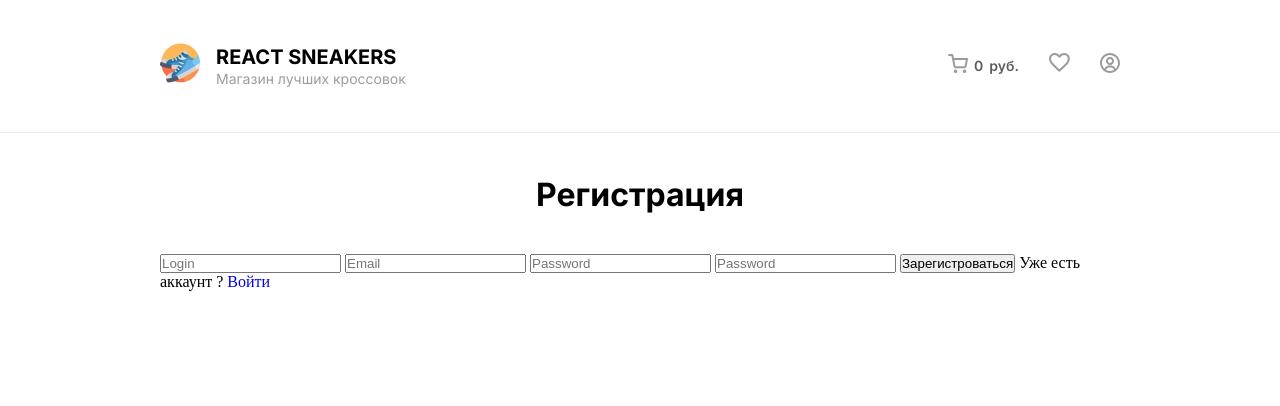
Repository: maxbirimkulov/sneakers20
Page: src/pages/register.html
These files come from the project's save history. The page is drawn as it stood at one moment and after the next save; the edit follows.
The browser window is 1280 px wide. The pictures show the whole page.
The style sheet was rebuilt from its Sass, Less or Tailwind sources for each picture, by a compiler version that may differ from the author's.

Above is the page before, as saved 2022-11-12 20:47:46.

### src/pages/register.html
<!DOCTYPE html>
<html lang="en">
  <head>
    <meta charset="UTF-8" />
    <meta
      name="viewport"
      content="width=device-width, user-scalable=no, initial-scale=1.0, maximum-scale=1.0, minimum-scale=1.0"
    />
    <meta http-equiv="X-UA-Compatible" content="ie=edge" />
    <title>Document</title>
    <link rel="stylesheet" href="../css/style.css" />
  </head>
  <body>
    <div class="floor">
      <header class="header">
        <div class="container">
          <nav class="header__nav">
            <div class="header__logo">
              <img
                src="../images/mainLogo.png"
                alt="Logo"
                class="header__logo-img"
              />
              <div class="header__logo-text">
                <h1 class="header__logo-title">
                  <a href="../../index.html" class="header__logo-title-link"
                    >react sneakers</a
                  >
                </h1>
                <p class="header__logo-subtitle">
                  <a href="../../index.html" class="header__logo-subtitle"
                    >Магазин лучших кроссовок</a
                  >
                </p>
              </div>
            </div>
            <div class="header__links">
              <p class="header__links-basket">
                <span class="header__links-basket-logo"
                  ><svg
                    width="20"
                    height="20"
                    viewBox="0 0 20 20"
                    fill="none"
                    xmlns="http://www.w3.org/2000/svg"
                  >
                    <path
                      d="M7.54548 18.1818C7.99735 18.1818 8.36366 17.8155 8.36366 17.3636C8.36366 16.9118 7.99735 16.5455 7.54548 16.5455C7.09361 16.5455 6.72729 16.9118 6.72729 17.3636C6.72729 17.8155 7.09361 18.1818 7.54548 18.1818Z"
                      stroke="#9B9B9B"
                      stroke-width="2"
                      stroke-linecap="round"
                      stroke-linejoin="round"
                    />
                    <path
                      d="M16.5455 18.1818C16.9973 18.1818 17.3637 17.8155 17.3637 17.3636C17.3637 16.9118 16.9973 16.5455 16.5455 16.5455C16.0936 16.5455 15.7273 16.9118 15.7273 17.3636C15.7273 17.8155 16.0936 18.1818 16.5455 18.1818Z"
                      stroke="#9B9B9B"
                      stroke-width="2"
                      stroke-linecap="round"
                      stroke-linejoin="round"
                    />
                    <path
                      d="M1 1H4.27273L6.46545 11.9555C6.54027 12.3321 6.7452 12.6705 7.04436 12.9113C7.34351 13.1522 7.71784 13.2801 8.10182 13.2727H16.0545C16.4385 13.2801 16.8129 13.1522 17.112 12.9113C17.4112 12.6705 17.6161 12.3321 17.6909 11.9555L19 5.09091H5.09091"
                      stroke="#9B9B9B"
                      stroke-width="2"
                      stroke-linecap="round"
                      stroke-linejoin="round"
                    />
                  </svg>
                </span>
                <span class="total">0</span> руб.
              </p>
              <a href="./favorites.html" class="header__links-favorites"
                ><span class="header__links-favorites-logo"
                  ><svg
                    width="21"
                    height="19"
                    viewBox="0 0 21 19"
                    fill="none"
                    xmlns="http://www.w3.org/2000/svg"
                  >
                    <path
                      d="M15.1003 0C16.7293 0 18.0976 0.54932 19.2052 1.64796C20.3129 2.7466 20.8668 4.08759 20.8668 5.67092C20.8668 6.44643 20.7039 7.23002 20.3781 8.02169C20.0523 8.81335 19.6939 9.51616 19.303 10.1301C18.912 10.744 18.2523 11.5357 17.3238 12.5051C16.3953 13.4745 15.6134 14.2581 14.9781 14.8559C14.3428 15.4537 13.3248 16.3665 11.9239 17.5944L10.4089 18.9515L8.89403 17.6429C7.52572 16.3827 6.51577 15.4537 5.8642 14.8559C5.21262 14.2581 4.42258 13.4745 3.49408 12.5051C2.56559 11.5357 1.90586 10.744 1.51492 10.1301C1.12397 9.51616 0.773748 8.81335 0.464249 8.02169C0.15475 7.23002 0 6.44643 0 5.67092C0 4.08759 0.553841 2.7466 1.66152 1.64796C2.7692 0.54932 4.12123 0 5.71759 0C7.60717 0 9.17095 0.727041 10.4089 2.18112C11.6469 0.727041 13.2107 0 15.1003 0ZM10.5067 16.0918C12.1031 14.6701 13.2677 13.6118 14.0008 12.9171C14.7338 12.2224 15.5401 11.3903 16.4198 10.4209C17.2994 9.45153 17.9102 8.60332 18.2523 7.87628C18.5944 7.14924 18.7654 6.41412 18.7654 5.67092C18.7654 4.63691 18.4152 3.78061 17.7148 3.10204C17.0143 2.42347 16.1428 2.08418 15.1003 2.08418C14.3184 2.08418 13.5772 2.31037 12.8768 2.76276C12.1764 3.21514 11.6795 3.79677 11.3863 4.50765H9.43158C9.17095 3.79677 8.69041 3.21514 7.98997 2.76276C7.28952 2.31037 6.53206 2.08418 5.71759 2.08418C4.67507 2.08418 3.81173 2.42347 3.12757 3.10204C2.44342 3.78061 2.10134 4.63691 2.10134 5.67092C2.10134 6.41412 2.26423 7.14924 2.59002 7.87628C2.91581 8.60332 3.52666 9.45153 4.42258 10.4209C5.3185 11.3903 6.13297 12.2224 6.866 12.9171C7.59902 13.6118 8.74743 14.6701 10.3112 16.0918L10.4089 16.1888L10.5067 16.0918Z"
                      fill="#9B9B9B"
                    />
                  </svg> </span
              ></a>
              <a href="./register.html" class="header__links-user"
                ><span class="header__links-user-logo"
                  ><svg
                    width="20"
                    height="20"
                    viewBox="0 0 20 20"
                    fill="none"
                    xmlns="http://www.w3.org/2000/svg"
                  >
                    <path
                      fill-rule="evenodd"
                      clip-rule="evenodd"
                      d="M0 10C0 4.579 4.579 0 10 0C15.421 0 20 4.579 20 10C20 13.19 18.408 16.078 16 17.924V18H15.898C14.23 19.245 12.187 20 10 20C7.813 20 5.77 19.245 4.102 18H4V17.924C1.592 16.078 0 13.189 0 10ZM7.12347 15.236C6.59154 15.6639 6.22136 16.2604 6.074 16.927C7.242 17.604 8.584 18 10 18C11.416 18 12.758 17.604 13.926 16.927C13.7785 16.2605 13.4082 15.6641 12.8764 15.2362C12.3445 14.8083 11.6827 14.5744 11 14.573H9C8.3173 14.5742 7.6554 14.808 7.12347 15.236ZM13.7677 13.4117C14.5877 13.9574 15.2286 14.7329 15.61 15.641C17.077 14.182 18 12.176 18 10C18 5.663 14.337 2 10 2C5.663 2 2 5.663 2 10C2 12.176 2.923 14.182 4.39 15.641C4.77144 14.7329 5.41227 13.9574 6.23227 13.4117C7.05227 12.866 8.01501 12.5742 9 12.573H11C11.985 12.5742 12.9477 12.866 13.7677 13.4117ZM6 8C6 5.72 7.72 4 10 4C12.28 4 14 5.72 14 8C14 10.28 12.28 12 10 12C7.72 12 6 10.28 6 8ZM8 8C8 9.178 8.822 10 10 10C11.178 10 12 9.178 12 8C12 6.822 11.178 6 10 6C8.822 6 8 6.822 8 8Z"
                      fill="#9B9B9B"
                    />
                  </svg> </span
              ></a>
            </div>
          </nav>
        </div>
      </header>
      <div class="container">
        <div class="register">
          <h2 class="register__title">Регистрация</h2>
          <form class="register__form">
            <input class="register__input" type="text" placeholder="Login" />
            <input class="register__input" type="email" placeholder="Email" />
            <input
              class="register__input"
              type="password"
              placeholder="Password"
            />
            <input
              class="register__input"
              type="password"
              placeholder="Password"
            />
            <button type="submit" class="register__btn">
              Зарегистроваться
            </button>
            <span>Уже есть аккаунт ? <a href="./login.html">Войти</a></span>
          </form>
        </div>
      </div>
    </div>
    <script type="module" src="../js/register.js"></script>
  </body>
</html>

### src/js/register.js
import {changeUser, getUserFromLocalStorage} from './user.js'

getUserFromLocalStorage()


let formRegister = document.querySelector('.register')
formRegister.addEventListener('submit', (e) =>{
    e.preventDefault()

    let userData = {
        login:e.target[0].value,
        email:e.target[1].value,
        password:e.target[2].value
    }

    fetch('http://localhost:8080/register', {
        method: "POST",
        headers: {
            'Content-Type':  'application/json'
        },
        body: JSON.stringify(userData)
    }).then((res) => res.json())
        .then((res) => {
            changeUser({
                ...res.user,
                token: res.accessToken
            })
        })
        .catch((err) => console.log(err))

})

### src/js/user.js



export let user = {
    login : "",
    email : ""
}

export const getUserFromLocalStorage = () => {
    if (localStorage.getItem('user') !== null){
        user = JSON.parse(localStorage.getItem('user'))
    }
}


export const changeUser = (data) => {
    user = {...data}
    localStorage.setItem('user', JSON.stringify(user))
    location.href = 'http://localhost:63342/new%20project/index.html'
}

### src/css/style.scss
@import url('https://fonts.googleapis.com/css2?family=DM+Sans:wght@700&family=Inter:wght@400;500;600;700&display=swap');

* {
  margin: 0;
  padding: 0;
  box-sizing: border-box;
  text-decoration: none;
  list-style-type: none;
  transition: 0.3s;
}
.container {
  max-width: 1050px;
  padding: 0 45px;
  margin: 0 auto;
}
$int: 'inter', sans-serif;

@mixin text($ff, $fs, $fw, $fz, $lh, $col) {
  font-family: $ff;
  font-style: $fs;
  font-weight: $fw;
  font-size: $fz;
  @if $lh > 0 {
    line-height: $lh;
  }
  color: $col;
}
body,
.floor {
  background-color: #fff;
}
@import '_header.scss';
@import '_main.scss';
@import '_assort.scss';
@import '_basketPopup.scss';
@import '_card.scss';
@import '_basket.scss';
@import '_favorites.scss';
@import '_basketNone.scss';
@import '_register';

### src/css/_header.scss
.header {
  padding: 43px 0 45px;
  &__nav {
    display: flex;
    justify-content: space-between;
    align-items: center;
  }
  &__logo {
    display: flex;
    &-img {
      width: 40px;
      height: 40px;
    }
    &-text {
      margin-left: 16px;
    }
    &-title {
      &-link {
        @include text($int, normal, 700px, 20px, 0, #000000);
        text-transform: uppercase;
      }
    }
    &-subtitle {
      @include text($int, normal, 400, 14px, 0, #9d9d9d);
    }
  }
  &__links {
    display: flex;
    &-basket {
      display: flex;
      gap: 6px;
      align-items: center;
      @include text($int, normal, 600, 14px, 0, #5c5c5c);
      margin-left: 10px;
      cursor: pointer;
    }
    &-favorites {
      margin: 0 30px;
    }
  }
  border-bottom: 1px solid #eaeaea;
}

### src/css/_main.scss
.swiper {
  width: 100%;
  height: 100%;
}

.swiper-slide {
  display: -webkit-box;
  display: -ms-flexbox;
  display: -webkit-flex;
  display: flex;
  -webkit-box-pack: center;
  -ms-flex-pack: center;
  -webkit-justify-content: center;
  justify-content: center;
  -webkit-box-align: center;
  -ms-flex-align: center;
  -webkit-align-items: center;
  align-items: center;
}

.swiper__icon{
  &-next{
    background-color: white;
    border-radius: 50%;
    cursor: pointer;
    position: absolute;
    right: 0;
    top: 50%;
    transform: translateY(-50%),;
    z-index: 2;
    padding: 8px 14px;
    display: flex;
    justify-content: center;
    align-items: center;
    transition: 0.2s;
    -webkit-box-shadow: 0px 0px 11px 5px rgba(0, 0, 0, 0.01);
    -moz-box-shadow: 0px 0px 11px 5px rgba(0, 0, 0, 0.01);
    box-shadow: 0px 0px 11px 5px rgba(0, 0, 0, 0.01);
    &:hover{
      transition: 0.2s;
      -webkit-box-shadow: 0px 0px 11px 5px rgba(0, 0, 0, 0.07);
      -moz-box-shadow: 0px 0px 11px 5px rgba(0, 0, 0, 0.07);
      box-shadow: 0px 0px 11px 5px rgba(0, 0, 0, 0.07);
    }
  }
  &-prev{
    background-color: white;
    border-radius: 50%;
    position: absolute;
    left: 0;
    top: 50%;
    cursor: pointer;
    transform:translateY(-50%) rotate(180deg);
    z-index: 2;
    padding: 8px 14px;
    display: flex;
    justify-content: center;
    align-items: center;
    transition: 0.2s;
    -webkit-box-shadow: 0px 0px 11px 5px rgba(0, 0, 0, 0.01);
    -moz-box-shadow: 0px 0px 11px 5px rgba(0, 0, 0, 0.01);
    box-shadow: 0px 0px 11px 5px rgba(0, 0, 0, 0.01);
    &:hover{
      transition: 0.2s;
      -webkit-box-shadow: 0px 0px 11px 5px rgba(0, 0, 0, 0.07);
      -moz-box-shadow: 0px 0px 11px 5px rgba(0, 0, 0, 0.07);
      box-shadow: 0px 0px 11px 5px rgba(0, 0, 0, 0.07);
    }
  }
}

.main{
  &__swipe{
    &-block{
      background-color: #F4EFE9;
      border-radius: 20px;
      max-height: 300px;
      display: flex;
      align-items: center;
      justify-content: space-between;
      width: 100%;
    }
    &-box{
      position: relative;
      padding: 16px 0 20px 51px;
      min-height: 300px;
      &-scn{
        margin: 0;
        padding: 0;
        max-width: 641.18px;
      }
      &-desc{
        @include text($int,normal,700,38px,46px,#8BB43C);
        margin: 32px 17.45px 10.45px 35px;
        &-black{
          color: black;
        }
      }
      &-btn{
        position: absolute;
        padding: 14px 60px;
        border-radius: 110px;
        @include text($int,normal,700px,16px, 0, white);
        text-transform: uppercase;
        background-color: #A5D364;
        bottom: 45px;
        left: 27%;
        transform: translate(-50%, -50);
        transition: 0.2s;
        &:hover{
          transition: 0.2s;
          transform: scale(1.1);
        }
      }
      &-img{
        width: 100%;
      }
    }
  }
}

### src/css/_assort.scss
.main__assort {
  &-topContent {
    display: flex;
    flex-wrap: wrap;
    justify-content: space-between;
    padding: 37px 0 36px;
    width: 100%;
  }
  &-filter {
    display: flex;
    justify-content: space-between;
    align-items: center;
    gap: 10px;
  }
  &-select {
    background: transparent;
    border: 1px solid #bdbdbd;
    border-radius: 8px;
    padding: 0 10px;
    height: 40px;
  }
  &-form {
    margin: 15px 0 0;
    display: flex;
    align-items: center;
    position: relative;
    &-input {
      border-radius: 10px;
      border: 1px solid #bdbdbd;
      outline: none;
      padding: 13px 40px 15px 46px;
      max-width: 250px;
      &::-webkit-input-placeholder {
        color: #c4c4c4;
      }
      &::-moz-placeholder {
        color: #c4c4c4;
      }
      &:-ms-input-placeholder {
        color: #c4c4c4;
      }
      &::-ms-input-placeholder {
        color: #c4c4c4;
      }
      &::placeholder {
        color: #c4c4c4;
      }
      &::-webkit-search-cancel-button {
        position: absolute;
        right: 18px;
        cursor: pointer;
        color: #5c5c5c;
      }
    }
    &-icon {
      position: absolute;
      left: 18px;
      top: 50%;
      transform: translateY(-50%);
    }
  }
  &-title {
    @include text($int, normal, 700, 32px, 0, black);
  }
  &-mainContent {
    min-height: 700px;
    position: relative;
    display: flex;
    justify-content: center;
    align-items: center;
    flex-wrap: wrap;
    gap: 40px;
    &-shoes {
      border: 1px solid #bdbdbd;
      border-radius: 40px;
      padding: 20px 29px 34px 30px;
      max-width: 210px;
    }
    &-favorites {
      display: inline-block;
      position: absolute;
      border: 1px solid #f8f8f8;
      border-radius: 7px;
      padding: 9.6px 9.07px 3.59px;
      cursor: pointer;
      &:hover {
        transform: scale(1.13);
        background-color: rgba(253, 239, 239, 0.87);
        transition: 0.2s;
      }
      &-active {
        display: none;
        position: absolute;
        background-color: #fef0f0;
        border: 1px solid transparent;
        border-radius: 7px;
        padding: 9.6px 9.07px 3.59px;
        cursor: pointer;
      }
    }
    &-product {
      &-desc {
        @include text($int, normal, 400, 14px, 17px, black);
      }
      &-pricesDesc {
        margin-top: 14px;
        display: flex;
        justify-content: space-between;
        align-items: center;
        &-price {
          @include text($int, normal, 500, 11px, 13px, #bdbdbd);
          text-transform: uppercase;
        }
        &-cost {
          @include text($int, normal, 700, 14px, 17px, black);
        }
        &-addBask {
          cursor: pointer;
          display: inline-block;
          padding: 5.33px 8.33px;
          border: 1px solid #f2f2f2;
          border-radius: 8px;
          transition: 0.2s;
          &:hover {
            transform: scale(1.13);
            background-color: rgba(253, 239, 239, 0.87);
            transition: 0.2s;
          }
          &-active {
            cursor: pointer;
            max-height: 32px;
            max-width: 32px;
            padding: 5.33px 8.33px;
            border: 1px solid white;
            border-radius: 8px;
            background: linear-gradient(180deg, #89f09c 0%, #3cc755 100%);
            transition: 0.2s;
            &:hover {
              transform: scale(1.13);
              transition: 0.2s;
            }
          }
        }
      }
    }
  }
}

### src/css/_basketPopup.scss
.basket {
  transform: translateX(100%);
  background: rgba(0, 00, 000, 0.4);
  height: 100vh;
  width: 100vw;
  z-index: 100;
  position: fixed;
  left: 0;
  top: 0;
  bottom: 0;
  &__cards {
    margin-top: 20px;
    max-height: 400px;
    overflow-y:  scroll;
    display: flex;
    gap: 20px;
    flex-wrap: wrap;
  }

  &__card {
    position: relative;  width: 100%;  height: 120px;  padding: 0 30px;    background: #FFFFFF;  border: 1px solid #F3F3F3;  border-radius: 20px;  &:hover {
    box-shadow: 0px 14px 30px 0px rgba(0, 0, 0, 0.05);  }
    &-img {
      position: absolute;    left: 20px;    top: 50%;    transform: translateY(-50%);    max-width: 80px;  }
    &__name {
      position: absolute;    width: 133px;    height: 36px;    overflow: hidden;    left: 120px;    top: 30px;    font-family: 'Inter', sans-serif;    font-style: normal;    font-weight: 400;    font-size: 14px;    line-height: 17px;    color: #000000;  }
    &__sum {
      position: absolute;    left: 120px;    bottom: 30px;    font-family: 'Inter', sans-serif;    font-style: normal;    font-weight: 700;    font-size: 14px;color: #000000;  }
    &__X {
      position: absolute;    right: 20px;    top: 50%;    transform: translateY(-50%);    max-width: 70px;    cursor: pointer;  }
  }
  &.show {
    transform: translateX(0%);
  }
  &__content {
    display: flex;
    flex-direction: column;
    justify-content: space-between;
    background: #fff;
    position: fixed;
    padding: 30px;
    height: 100vh;
    width: 385px;
    top: 0;
    right: 0;
  }
  &__title {
    @include text($int, normal, 700, 24px, 29px, #000000);
  }
  &__text {
    display: flex;
    justify-content: space-between;
    margin-bottom: 19px;
    &:last-of-type {
      margin-bottom: 24px;
    }
    &-desc {
      @include text($int, normal, 400, 16px, 19px, #000000);
    }
    &-sum {
      @include text($int, normal, 600, 16px, 19px, #000000);
    }
  }
  &__btn {
    @include text($int, normal, 600, 16px, 19px, #fff);
    padding: 12px 0;
    background: #9dd558;
    border-radius: 18px;
    border: 1px solid #9dd558;
    width: 100%;
  }
}

.name {
  font-size: 30px;
  color: red;
  text-align: center;
}

### src/css/_card.scss
.info {
  background: antiquewhite;
  padding: 40px 0;
  &__block {
    display: flex;
    flex-wrap: wrap;
    -moz-column-gap: 40px;
         column-gap: 40px;
    row-gap: 40px;
  }
  &__card {
    width: calc(25% - 30px);
    background: #ffffff;
    border: 1px solid #f3f3f3;
    border-radius: 40px;
    padding: 20px 40px;
    cursor: pointer;
    transition: 0.2s;
    &:hover {
      background: #ffffff;
      border: 1px solid #f8f8f8;
      box-shadow: 0 14px 30px rgba(0, 0, 0, 0.05);
      border-radius: 40px;
      transition: 0.2s;
      transform: scale(1.05);
    }
  }
  &__desc {
    @include text($int, normal, 400, 14px, 17px, #000);
    margin: 14px 0;
  }
  &__bottom {
    display: flex;
    justify-content: space-between;
  }
  &__sel {
    @include text($int, normal, 500, 11px, 13px, #bdbdbd);
    text-transform: uppercase;
  }
  &__sum {
    @include text($int, normal, 700, 14px, 17px, #000);
  }
}

### src/css/_basket.scss
.basket__main{
  &-topContent{
    padding: 42px 0 40px;
    &-nav{
      display: flex;
      align-items: center;
      gap: 21px;
    }
    &-title{
      @include text($int, normal, 700, 32px, 0, black)
    }
    &-link{
      padding: 8px 14px;
      max-width: 35px;
      max-height: 35px;
      display: flex;
      justify-content: center;
      align-items: center;
      border: 1px solid #F2F2F2;
      border-radius: 8px;
    }
  }
  &-mainContent{
    &-assort{
      display: flex;
      flex-wrap: wrap;
      gap: 40px;
    }
  }
}

### src/css/_favorites.scss
.main__assort-mainContent-favorites{
  &-off{
    display: none;
  }
  &-on{
    display: inline-block;
  }
}

### src/css/_basketNone.scss
.basketNone__main {
  display: flex;
  justify-content: center;
  align-items: center;
  padding: 240px 0;
  &-none {
    display: flex;
    flex-wrap: wrap;
    justify-content: center;
    align-items: center;
    max-width: 280px;
    &-text{
      text-align: center;
    }
    &-title {
      margin-top: 24px;
      text-align: center;
      @include text($int, normal, 600, 24px, 0, black);
    }

    &-desc {
      text-align: center;
      margin: 11px 0 41px;
      @include text($int, normal, 400, 16px, 24px, black);
    }

    &-link {
      padding: 17px 40px 19px;
      background-color: #9DD458;
      border-radius: 18px;
      @include text($int, normal, 400, 16px, 0, white);

      &-icon {
        margin-right: 17px;

      }
    }
  }
}

### src/css/_register.scss
.register {
  &__title {
    @include text($int, normal, 700, 32px, 0, black);
    margin: 42px auto 40px;
    text-align: center;
  }
}

After the next save:
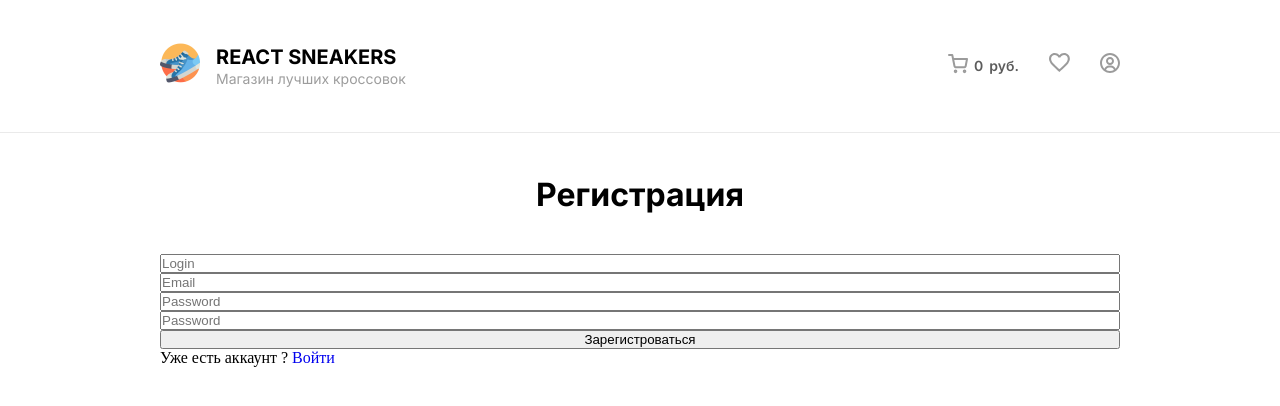
Saved 26 s later.
--- a/src/css/_register.scss
+++ b/src/css/_register.scss
@@ -4,4 +4,10 @@
     margin: 42px auto 40px;
     text-align: center;
   }
+  &__form {
+    margin: 0 auto;
+    display: flex;
+    flex-direction: column;
+    justify-content: center;
+  }
 }
